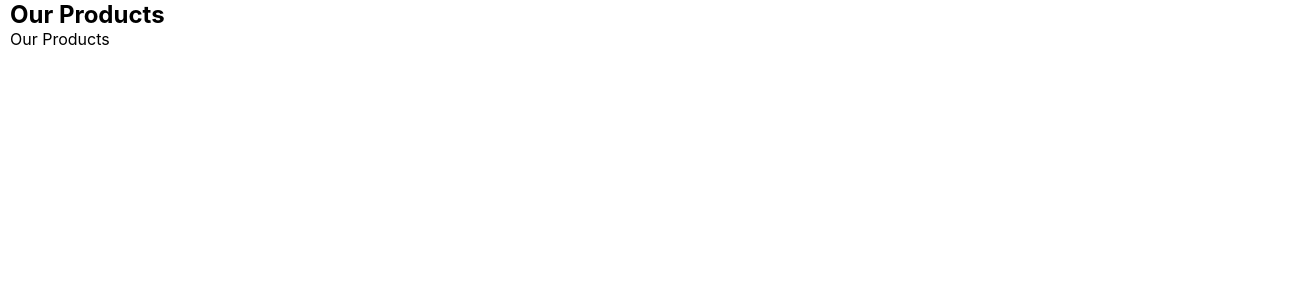
Repository: ldminh95/Ginx
Page: /
The author's editor kept a copy of each file at every save. The page is drawn from the files as they stood at one save, then again after the next save.
The browser window is 1280 px wide. The page is 1310 px wide, so the pictures cover 1310 px, including what lies to the right of the window. The pictures show the whole page.
The project was rebuilt for these pictures with package versions that can differ from the ones it lists, and the page was loaded fresh each time.

Above is the page before, as saved 2023-06-03 14:22:47.

### src/App.js
import logo from './logo.svg';
import './App.css';
import Product_title from './title/Product_title.js';


function App() {
  return (
    <div className="App">
      <Product_title/>
    </div>
  );
}

export default App;

### src/App.css
* {
  margin: 0;
  padding: 0;
}
body {
  box-sizing: border-box;
}
.App {
  width: 1290px;
  height: 100vh;
  padding: 0 10px;
  margin: 0 auto;
}

### src/title/Product_title.js
export default function titleH1() {
    return(
        <div className="Product_title">
            <h2>Our Products</h2>
            <p>Our Products</p>
        </div>
    )
}

Loaded but not shown: public/index.html (common file); src/index.js (common file); src/index.css (common file); src/reportWebVitals.js (common file)

After the next save:
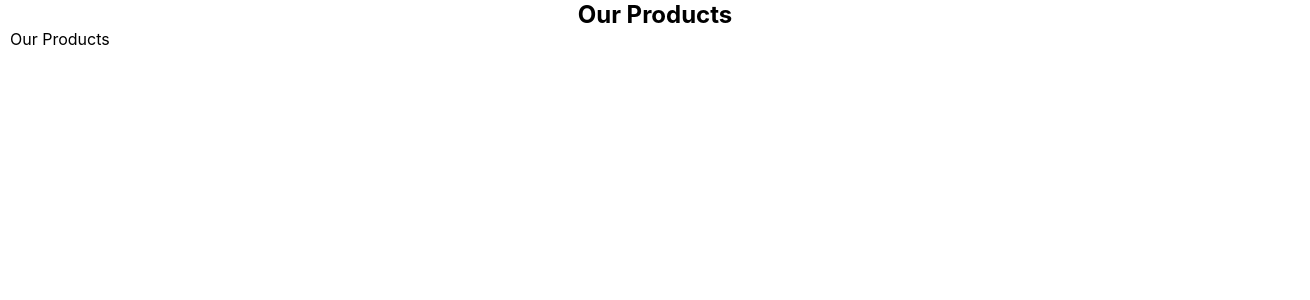
Saved 33 s later.
--- a/src/App.css
+++ b/src/App.css
@@ -11,3 +11,6 @@
   padding: 0 10px;
   margin: 0 auto;
 }
+.App .Product_title h2 {
+  text-align: center;
+}
